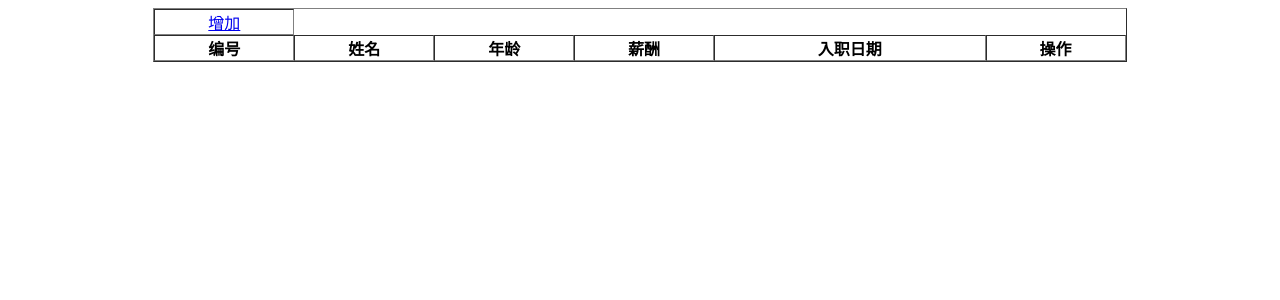
Repository: qyl1006/JavaApps
Page: http://localhost/web-045-tomcat-crud/student
These files come from the project's save history. The page is drawn as it stood at one moment and after the next save; the edit follows.
The browser window is 1280 px wide. The pictures show the whole page.
The page is served by Tomcat 9. Other server files are loaded and not shown. Queries for data that is not in the repository find no rows.

Above is the page before, as saved 2018-03-05 07:00:36.

### workspace/web-045-tomcat-crud/webapp/WEB-INF/views/student/list.jsp
<%@ page language="java" contentType="text/html; charset=UTF-8"
    pageEncoding="UTF-8"%>
<!DOCTYPE html PUBLIC "-//W3C//DTD HTML 4.01 Transitional//EN" "http://www.w3.org/TR/html4/loose.dtd">

<%@ taglib prefix="c" uri="http://java.sun.com/jsp/jstl/core" %>
<html>
<head>
<meta http-equiv="Content-Type" content="text/html; charset=UTF-8">
<title>Insert title here</title>
</head>
<body>


<table align="center" border="1" cellpadding="0" cellspacing="0" width="77%">
	<tr>
		<td align="center">
		<a href="/student?cmd=edit">增加</a>
		</td>
	</tr>
	<tr>
		<th>编号</th>
		<th>姓名</th>
		<th>年龄</th>
		<th>薪酬</th>
		<th>入职日期</th>
		<th>操作</th>
	</tr>

<c:forEach items="${students}" var="stu">
	<tr align="center">
		<td>${stu.id}</td>
		<td>${stu.name}</td>
		<td>${stu.age}</td>
		<td>${stu.salary}</td>
		<td>${stu.hiredate}</td>
		<td>
			<a>编辑</a>
			<a href="/student?cmd=delete&id=${stu.id}">删除</a>
		</td>
	</tr>
</c:forEach>
</table>
</body>
</html>

### workspace/web-045-tomcat-crud/src/cn/wolfcode/web/servlet/StudentServlet.java
package cn.wolfcode.web.servlet;

import java.io.IOException;
import java.util.List;

import javax.servlet.ServletException;
import javax.servlet.annotation.WebServlet;
import javax.servlet.http.HttpServlet;
import javax.servlet.http.HttpServletRequest;
import javax.servlet.http.HttpServletResponse;

import cn.wolfcode.smis.dao.IStudentDAO;
import cn.wolfcode.smis.dao.impl.StudentDAOImpl;
import cn.wolfcode.smis.domain.Student;

@WebServlet("/student")
public class StudentServlet extends HttpServlet {
	private static final long serialVersionUID = 1L;

	private IStudentDAO dao;

	public void init() throws ServletException {
		dao = new StudentDAOImpl();
	}

	protected void service(HttpServletRequest req, HttpServletResponse resp)
			throws ServletException, IOException {

		req.setCharacterEncoding("utf-8");

		String cmd = req.getParameter("cmd");
		if("delete".equals(cmd)){
			delete(req, resp);
		}else if("edit".equals(cmd)){
			edit(req, resp);
		}
		else{
			list(req, resp);
		}
	}

	protected void list(HttpServletRequest req, HttpServletResponse resp)
			throws ServletException, IOException {

			List<Student> list = dao.list();
			req.setAttribute("students", list);
			req.getRequestDispatcher("/WEB-INF/views/student/list.jsp").forward(req, resp);
	}

	protected void delete(HttpServletRequest req, HttpServletResponse resp)
			throws ServletException, IOException {

		dao.delete(Long.valueOf(req.getParameter("id")));

		resp.sendRedirect("/student");
	}
	protected void edit(HttpServletRequest req, HttpServletResponse resp)
			throws ServletException, IOException {

		req.getRequestDispatcher("/WEB-INF/views/student/edit.jsp").forward(req, resp);
	}
	protected void saveOrUpdate(HttpServletRequest req, HttpServletResponse resp)
			throws ServletException, IOException {
	}

}

### workspace/web-045-tomcat-crud/src/cn/wolfcode/smis/dao/impl/StudentDAOImpl.java
package cn.wolfcode.smis.dao.impl;

import java.util.List;

import cn.wolfcode.smis.dao.IStudentDAO;
import cn.wolfcode.smis.domain.Student;
import cn.wolfcode.smis.handler.impl.BeanListHandler;
import cn.wolfcode.smis.util.JdbcTemplate;

public class StudentDAOImpl implements IStudentDAO {

	//增
	public void save(Student stu) {
		String sql = "insert t_student (name, age, salary, hiredate) values (?, ?, ?, ?)";
		JdbcTemplate.update(sql, stu.getName(), stu.getAge(), stu.getSalary(), stu.getHiredate());
	}

	//改
	public void update(Student stu) {
		String sql = "update t_student set name = ?, age = ?, salary = ?, hiredate = ? where id = ?";
		JdbcTemplate.update(sql, stu.getName(), stu.getAge(), stu.getSalary(), stu.getHiredate(), stu.getId());
	}

	//删
	public void delete(Long id) {
		String sql = "delete from t_student where id = ?";
		JdbcTemplate.update(sql, id);
	}

	//查
	public Student get(Long id) {
		String sql = "select * from t_student where id = ?";
		List<Student> list = JdbcTemplate.query(sql, new BeanListHandler<>(Student.class), id);
		return list.size() == 1 ? list.get(0) : null;
	}

	//查
	public List<Student> list() {
		String sql = "select * from t_student";
		return JdbcTemplate.query(sql, new BeanListHandler<>(Student.class));
	}

}

### workspace/web-045-tomcat-crud/src/cn/wolfcode/smis/handler/IResultSetHandler.java
package cn.wolfcode.smis.handler;

import java.sql.ResultSet;

/**
 * 处理结果集的规范
 * @author Qyuelin
 *
 * @param <T> 处理好的结果类型
 */
public interface IResultSetHandler<T> {
	/**
	 * 处理结果集的方法
	 * @param rs 被处理的结果集
	 * @return 返回处理好的结果
	 * @throws Exception
	 */
	T handler(ResultSet rs) throws Exception;
}

### workspace/web-045-tomcat-crud/src/cn/wolfcode/smis/handler/impl/BeanListHandler.java
package cn.wolfcode.smis.handler.impl;

import java.beans.Introspector;
import java.beans.PropertyDescriptor;
import java.sql.ResultSet;
import java.util.ArrayList;
import java.util.List;

import cn.wolfcode.smis.handler.IResultSetHandler;

/*
//处理结果集接口的实现类
 *
 * *把每一行数据处理成一个JavaBean, 最后以List形式返回多个JavaBean
 * 泛型T表示用户来决定每一行数据处理处理成什么类型的JavaBean
 */
public class BeanListHandler <T> implements IResultSetHandler<List<T>> {
	//JavaBean类型
	private Class<T> clz;

	//给调用者调用时来确定JavaBean类型-->处理结果集后的数据类型
	public BeanListHandler(Class<T> clz){
		this.clz = clz;
	}

	public List<T> handler(ResultSet rs) throws Exception {
		List<T> list = new ArrayList<>();

		PropertyDescriptor[] pds = null;

		while(rs.next()){
			if(pds == null){
				pds = Introspector.getBeanInfo(clz, Object.class).getPropertyDescriptors();
			}

			T obj = clz.newInstance();

			//循环操作每一个属性
			for (PropertyDescriptor pd : pds) {
				String columnLabel = pd.getName(); //获取属性名作为列名
				Object args = rs.getObject(columnLabel); //通过列名来获取值
				pd.getWriteMethod().invoke(obj, args);//获取写的方法,在调用方法 把 值args 写入对象中
			}
			list.add(obj);// 把封装好的对象保存到list中, 最后返回
		}
		return list;
	}
}

### workspace/web-045-tomcat-crud/src/cn/wolfcode/smis/domain/Student.java
package cn.wolfcode.smis.domain;

import java.math.BigDecimal;
import java.sql.Date;

import lombok.AllArgsConstructor;
import lombok.Getter;
import lombok.NoArgsConstructor;
import lombok.Setter;
import lombok.ToString;

@Setter @Getter @ToString @NoArgsConstructor @AllArgsConstructor
public class Student {
	private Long id;
	private String name;
	private Integer age;
	private BigDecimal salary;
	private Date hiredate;

}

### workspace/web-045-tomcat-crud/src/cn/wolfcode/smis/util/JdbcTemplate.java
package cn.wolfcode.smis.util;

import java.sql.Connection;
import java.sql.PreparedStatement;
import java.sql.ResultSet;

import cn.wolfcode.smis.handler.IResultSetHandler;
import lombok.Cleanup;

//提供模板功能的工具类
public abstract class JdbcTemplate {
	//DML模板方法
	public static void update(String sql, Object... params) {
		try {
			//获取连接对象
			@Cleanup
			Connection conn = JdbcUtil.getConn();

			//获取会话对象
			@Cleanup
			PreparedStatement ps = conn.prepareStatement(sql);

			//给占位符设置值
			for (int i = 0; i < params.length; i++) {
				ps.setObject(i + 1, params[i]);
			}

			//执行sql语句
			ps.executeUpdate(); //不需要参数
		} catch (Exception e) {
			e.printStackTrace();
		}
	}

	//DQL模板方法
	public static <T> T query(String sql, IResultSetHandler<T> rsh, Object... params) {
		try {
			//获取连接对象
			@Cleanup
			Connection conn = JdbcUtil.getConn();

			//获取会话对象
			@Cleanup
			PreparedStatement ps = conn.prepareStatement(sql);

			//给占位符设置值
			for (int i = 0; i < params.length; i++) {
				ps.setObject(i + 1, params[i]);
			}

			//执行查询sql语句, 返回一个结果集
			@Cleanup
			ResultSet rs = ps.executeQuery(); //不需要参数

			return rsh.handler(rs);

		} catch (Exception e) {
			e.printStackTrace();
		}

		return null;

	}
}

### workspace/web-045-tomcat-crud/src/cn/wolfcode/smis/util/JdbcUtil.java
package cn.wolfcode.smis.util;

import java.io.InputStream;
import java.sql.Connection;
import java.util.Properties;

import javax.sql.DataSource;

import com.alibaba.druid.pool.DruidDataSourceFactory;

//对外提供连接池对象的工具
public abstract class JdbcUtil {
	private static DataSource ds;

	//静态代码块
	static{
		try {
			//读取属性文件, 获取4要素信息
			ClassLoader loader = JdbcUtil.class.getClassLoader();

			//在输入路径中找db.properties
			InputStream in = loader.getResourceAsStream("db.properties");
			Properties p = new Properties();
			p.load(in);//加载资源

			//使用工厂的方式创建德鲁伊连接池
			ds = DruidDataSourceFactory.createDataSource(p);
		} catch (Exception e) {
			e.printStackTrace();
		}
	}

	//公共静态方法,用于获取连接对象
	public static Connection getConn() throws Exception{
		return ds.getConnection();
	}
}

After the next save:
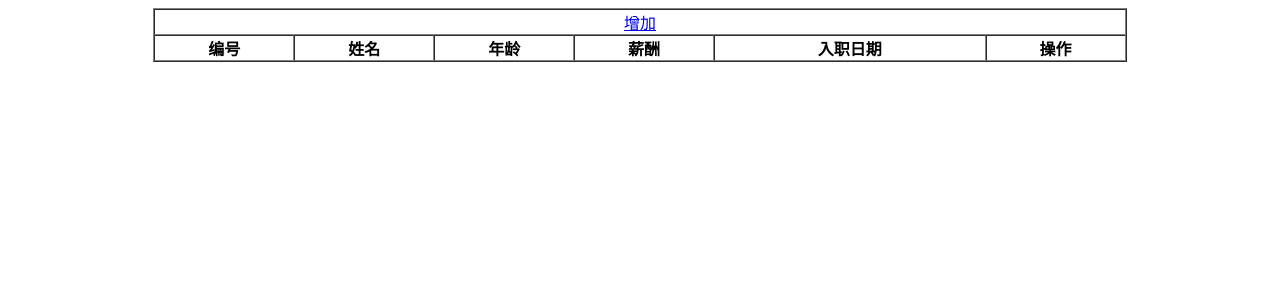
Saved 14 s later.
--- a/workspace/web-045-tomcat-crud/webapp/WEB-INF/views/student/list.jsp
+++ b/workspace/web-045-tomcat-crud/webapp/WEB-INF/views/student/list.jsp
@@ -13,7 +13,7 @@
 
 <table align="center" border="1" cellpadding="0" cellspacing="0" width="77%">
 	<tr>
-		<td align="center">
+		<td align="center" colspan="6">
 		<a href="/student?cmd=edit">增加</a>
 		</td>
 	</tr>
